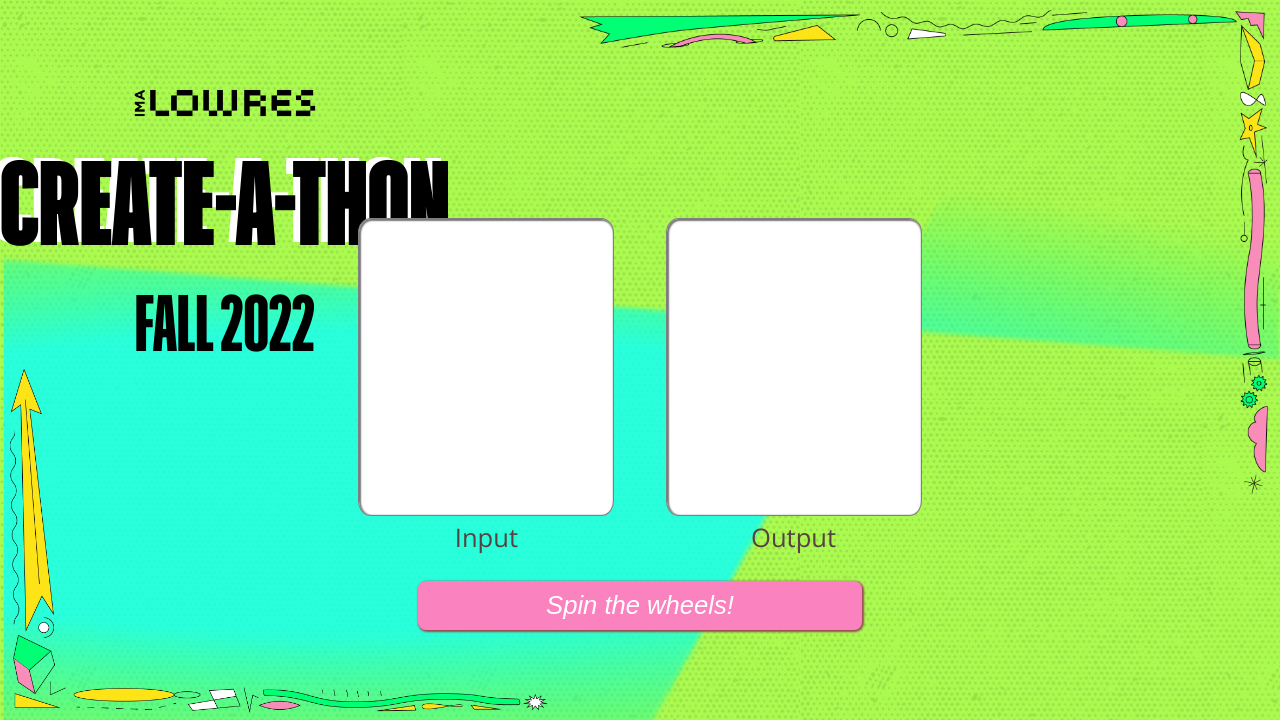
Repository: fakebrianho/IMA-Low-Res-Create-Athon-2022
Page: docs/project-generator/index.html
These files come from the project's save history. The page is drawn as it stood at one moment and after the next save; the edit follows.
The browser window is 1280 px wide. The pictures show the whole page.

Above is the page before, as saved 2022-10-26 23:27:26.
Not found: docs/project-generator/libraries/p5.dom.js
Not found: docs/project-generator/libraries/p5.js
Not found: docs/project-generator/libraries/p5.sound.js

### docs/project-generator/index.html
<!DOCTYPE html>
<html>

<head>
  <script src="libraries/p5.js"></script>
  <script src="libraries/p5.dom.js"></script>
  <script src="libraries/p5.sound.js"></script>
  <link
    href="https://fonts.googleapis.com/css2?family=Open+Sans:ital,wght@0,300;0,400;0,600;0,700;0,800;1,300;1,400;1,600;1,700;1,800&display=swap"
    rel="stylesheet">
  <link rel="stylesheet" type="text/css" href="style.css">
  <meta charset="utf-8">
  <title>Create-Athon Project Generator</title>
</head>

<body>
  <header>

  </header>

  <section>
    <div id='center-container'>
      <img src="image/lowres_logo_black.png" style="max-width: 200px">
      <h1>Create-a-Thon</h1>
      <h2>Fall 2022</h2>
    </div>
    <div id="wheel-container">

      <div class="prompt" id="input-prompt">
        <div class="changing-segment">
          <div id="inputs">
          </div>
        </div>
        <div class="prompt-label" id="input-label">Input</div>
      </div>

      <div class="prompt" id="output-prompt">
        <div class="changing-segment">
          <div id="outputs">
          </div>
        </div>
        <div class="prompt-label" id="output-label">Output</div>
      </div>

    </div>

    <div id="button-container">
      <button> Spin the wheels! </button>
    </div>

  </section>

  <script src="sketch.js"></script>
  <script src="wheel.js"></script>

</body>

</html>

### docs/project-generator/style.css
@font-face {
	src: url('font/BildVariableV3-VF.woff2') format('woff2-variations'),
		url('font/BildVariableV3-VF.woff') format('woff');
	font-family: 'Bild Variable V3 Web';
	font-weight: 700 900;
	font-style: normal;
}

html,
body {
	margin: 0;
	padding: 0;
	width: 100%;
	height: 100%;
	box-sizing: border-box;
	font-family: 'Open Sans', sans-serif;
}

section {
	width: 100%;
	height: 100%;
	position: absolute;
	background: url(image/bg_border-top.png), url(image/bg_border-bottom.png),
		url(image/bg_gradient.png), url(image/bg_texture.png), #aafa50;
	background-repeat: no-repeat, no-repeat, no-repeat, repeat;
	background-size: auto 70vh, auto 50vh, 100vw 120vh, 800px auto;
	background-position: right top, left 50vh, left 25vh, 0 0;
}

div {
	text-align: center;
}

h1 {
	font-family: 'Bild Variable V3 Web';
	font-size: 120px;
	font-weight: 900;
	hyphens: true;
	font-synthesis: none;
	text-transform: uppercase;
	text-shadow: -7px -3px #ffffff;
	margin: 0;
	font-variation-settings: 'wdth' 60;
}

h2 {
	font-family: 'Bild Variable V3 Web';
	font-size: 80px;
	font-weight: 700;
	hyphens: true;
	font-synthesis: none;
	margin: 0;
	text-transform: uppercase;
	font-variation-settings: 'wdth' 100;
}
#center-container {
	margin-top: 80px;
	position: absolute;
}

p {
	position: relative;
	overflow: hidden;
	overflow-x: auto;
}

#wheel-container {
	display: flex;
	justify-content: center;
	margin-top: 15%;
	overflow: hidden;
}

.prompt {
	display: flex;
	flex-direction: column;
	width: 20%;
	padding: 2%;
	text-align: center;
	overflow: hidden;
}

.changing-segment {
	box-shadow: 1px 1px 1.5px 1px #777 inset;
	border-radius: 5%;
	border-style: groove;
	border-color: gray;
	border-width: 1px;
	position: relative;
	overflow: none;
	background-color: #fff;
	color: black;
	height: 17rem;
	padding: 1rem 0 0.5rem 0;
	font-size: 1.2rem;
	line-height: 1.55rem;
}

#inputs,
#outputs {
	padding: 5%;
}

.prompt-label {
	color: #594042;
	margin-top: 0.3rem;
	font-size: 1.6rem;
}

#button-container {
	margin-top: 0%;
	text-align: center;
}

button {
	background: #fa82be;
	/* background: #96c8dc; */
	cursor: pointer;
	box-shadow: 1px 1px 2px 1px rgb(148, 79, 79);
	color: white;
	border-width: 0px;
	border-radius: 0.5rem;
	padding: 0.8% 10% 0.8% 10%;
	font-size: 1.6rem;
	font-weight: 400;
	font-style: italic;
}

### docs/presentation-order/sketch.js
let spinButton;
let data;
let inputWheel, outputWheel;
let clickSound, endSound, gameShow;
let isSpinning = false;
let resourcesAvailable = false;

function preload() {
  data = loadJSON('data/generator.json');
  //sounds are public domain
  clickSound = loadSound('sound/faded_sine.mp3');
  endSound = loadSound('sound/Electronic_Chime-KevanGC-495939803.mp3');
  // maybe not this sound?
  gameShow = loadSound('sound/gameshow_short.mp3');
}

function windowResized(){
  resizeCanvas(windowWidth, windowHeight);
}

function setup() {
  frameRate(60);

  clickSound.setVolume(0.4);
  gameShow.setVolume(0.5);

  inputWheel = new Wheel(
    '#inputs',
    data.input
  );
  outputWheel = new Wheel(
    '#outputs',
    data.output
  );

  spinButton = select('button');
  spinButton.mouseClicked(startSpin);
}

function draw() {

  // workaround, see line 69
  // if (inputWheel.spin) {
  //   // inputWheel.move();
  // }
  if (outputWheel.spin) {
    outputWheel.move();
  }

  if(isSpinning){
    if(inputWheel.difference == 0 && outputWheel.difference == 0){
      endSound.play();
      setTimeout(() => {  gameShow.play(); }, 100);
      isSpinning = false;
    }
  }

}

function startSpin(

  clickEvent,
  targetInput = floor(random(data.input.length)),
  targetOutput = floor(random(data.output.length)),

) {
  isSpinning = true;

  // inputWheel.target = targetInput; // not the target that displays!!
  // inputWheel.spin = true;
  inputWheel.update(targetInput);
  // inputWheel.resetAriaHidden();

  outputWheel.target = targetOutput;
  outputWheel.spin = true;
  outputWheel.resetAriaHidden();

  // console.log(
  //   'make a something where the input is ' +
  //     data.input[targetInput] +
  //     ' and an output is ' +
  //     data.output[targetOutput]
  // );

  // remove data from array here
  console.log(data.input[targetInput]);
  data.input.splice(targetInput, 1);
  console.log(data.input);
}

### docs/project-generator/wheel.js
class Wheel {
    constructor(parentID, data, count = 5, startIndex = 0) {
        this.count = count;
        this.data = data;
        this.numOfCycles = Math.floor(random(2,4));
        this.startIndex = startIndex;
        this.currentIndex = this.startIndex - this.data.length*this.numOfCycles;
        this.parentID = parentID;
        this.elements = [];
        this.position = [];
        this.target = startIndex;
        this.speed = 5;
        this.difference = 0;

        for (let i = 0; i < this.count; i++) {
            this.elements[i] = createP(this.data[(this.startIndex + i - floor(this.count / 2)) % this.data.length]);
            this.elements[i].parent(this.parentID);
            this.elements[i].attribute('aria-hidden', true);
            this.elements[i].style('color', rgbToHex(int(random(120)), int(random(120)), int(random(120))));
            this.position[i] = this.elements[i].position();
            if (i == floor(this.count / 2)) {
                this.elements[i].attribute('aria-hidden', false);
            } else {
                this.elements[i].style('visibility', 'hidden');
            }
        }
        // this feels hacky?
        this.startTop = this.position[0].y;
        this.currTop = parseInt(this.elements[0].style('top'));
        this.distanceBetweenElements = this.position[1].y - this.position[0].y;

        this.spin = false;
    }

    resetAriaHidden() {
        for (let i = 0; i < this.count; i++) {
            this.elements[i].attribute('aria-hidden', true);
            this.elements[i].style('visibility', 'visible');
        }
    }
    move() {
        this.currTop -= this.speed;

        this.difference = int(this.target) - int(this.currentIndex);
        this.speed = 60 * abs((this.difference) % (this.data.length*this.numOfCycles*2)) / (this.data.length*this.numOfCycles*2);

        // console.log(this.data[this.target],this.target, this.currentIndex, this.difference, (this.data.length*this.numOfCycles), this.speed);
        if (this.currTop < -this.distanceBetweenElements / 2) {
            clickSound.play();
            this.currentIndex++;
            this.startIndex = this.currentIndex + this.data.length*this.numOfCycles;
            this.startIndex %= this.data.length;
            this.elements[0].remove();
            this.currTop = 0;
            this.elements.splice(0, 1);
            this.elements.push(createP(this.data[(this.data.length + this.startIndex + floor(this.count / 2)) % this.data.length]));
            this.elements[this.elements.length - 1].parent(this.parentID);
            this.elements[this.elements.length - 1].attribute('aria-hidden', true);
            this.elements[this.elements.length - 1].style('color', rgbToHex(int(random(120)), int(random(120)), int(random(120))));
        }
        for (let i = 0; i < this.elements.length; i++) {
            this.elements[i].style('top', this.currTop + 'px');
        }
          if (this.difference == 0) {
            this.spin = false;
            this.numOfCycles = floor(random(2,5));
            this.currentIndex = this.startIndex - this.data.length*this.numOfCycles;
            for (let i = 0; i < this.elements.length; i++) {
                if (i == floor(this.elements.length / 2)) {
                    this.elements[i].attribute('aria-hidden', false);
                    this.elements[i].addClass('wrap');
                } else {
                    this.elements[i].style('visibility', 'hidden');
                }
            }
        }
    }
}

function componentToHex(c) {
    var hex = c.toString(16);
    return hex.length == 1 ? "0" + hex : hex;
}

function rgbToHex(r, g, b) {
    return "#" + componentToHex(r) + componentToHex(g) + componentToHex(b);
}

After the next save:
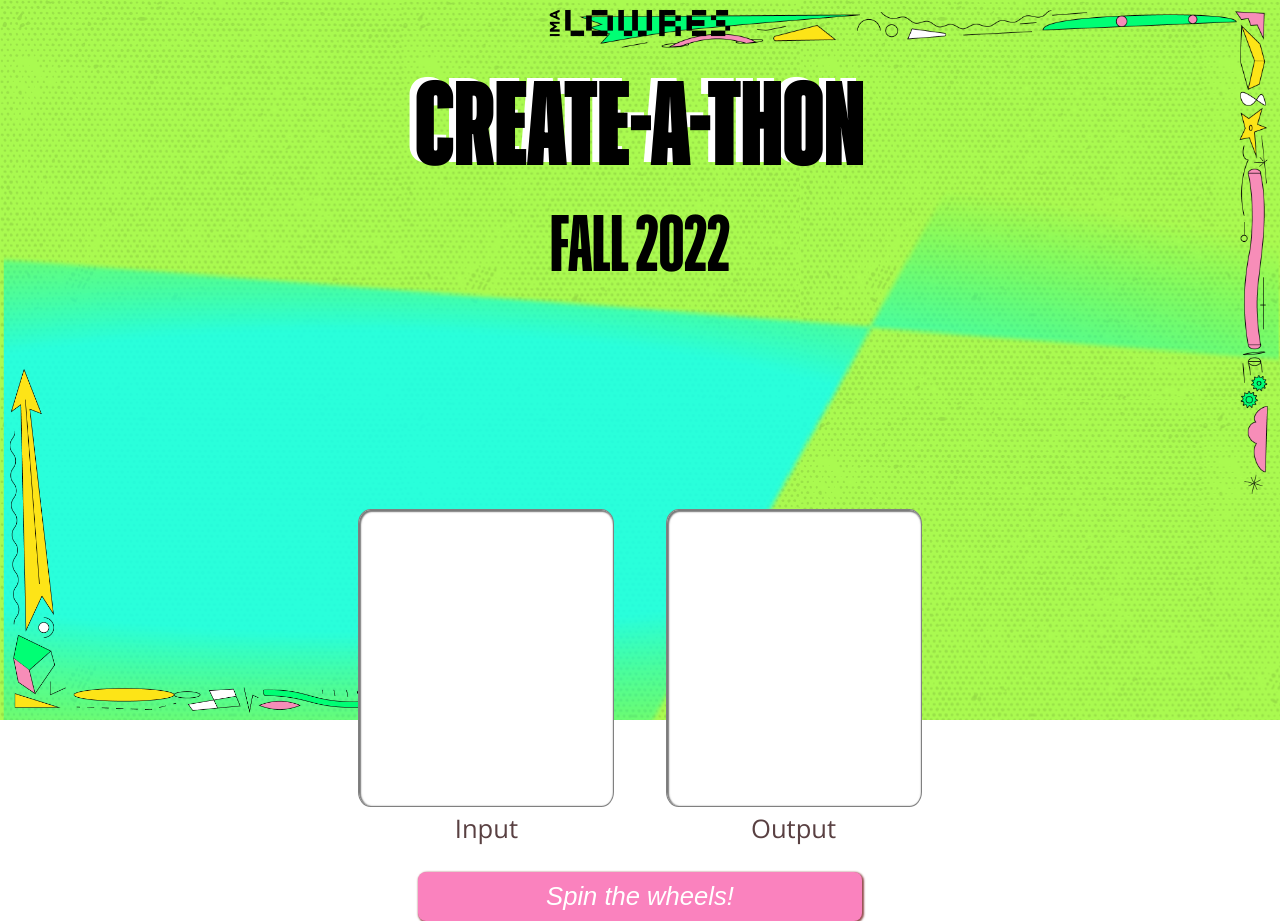
Saved 94 s later.
--- a/docs/project-generator/style.css
+++ b/docs/project-generator/style.css
@@ -53,10 +53,10 @@
 	text-transform: uppercase;
 	font-variation-settings: 'wdth' 100;
 }
-#center-container {
+/* #center-container {
 	margin-top: 80px;
 	position: absolute;
-}
+} */
 
 p {
 	position: relative;
